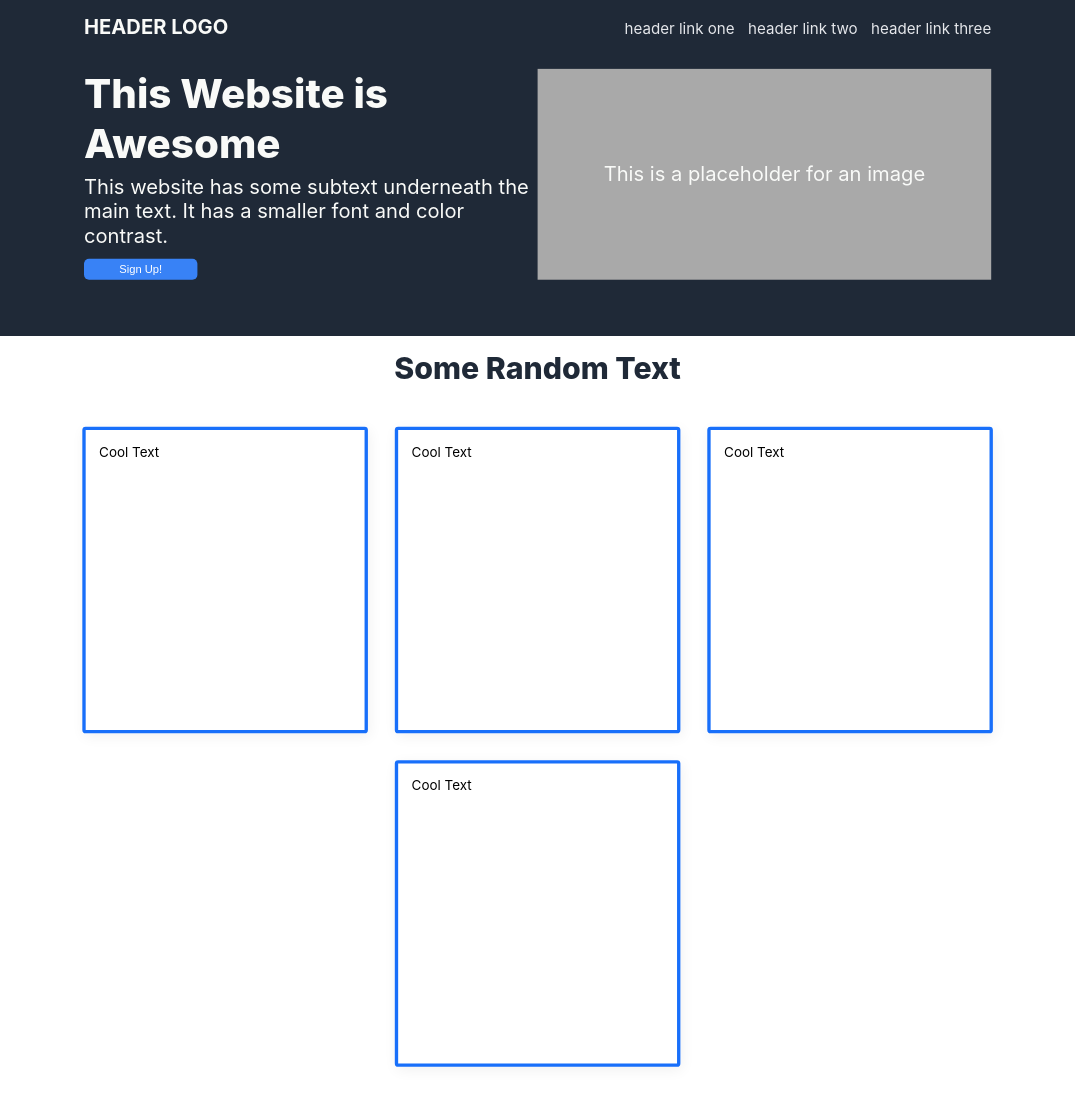
Repository: bbrockbrown/landing-page
Page: index.html
An editor plug-in stored every save of this project. The page is shown before and after the next save, followed by the edit.
The browser window is 1280 px wide. The pictures show the whole page, at 84% of full size.

Above is the page before, as saved 2024-07-24 15:43:08.

After the next save:
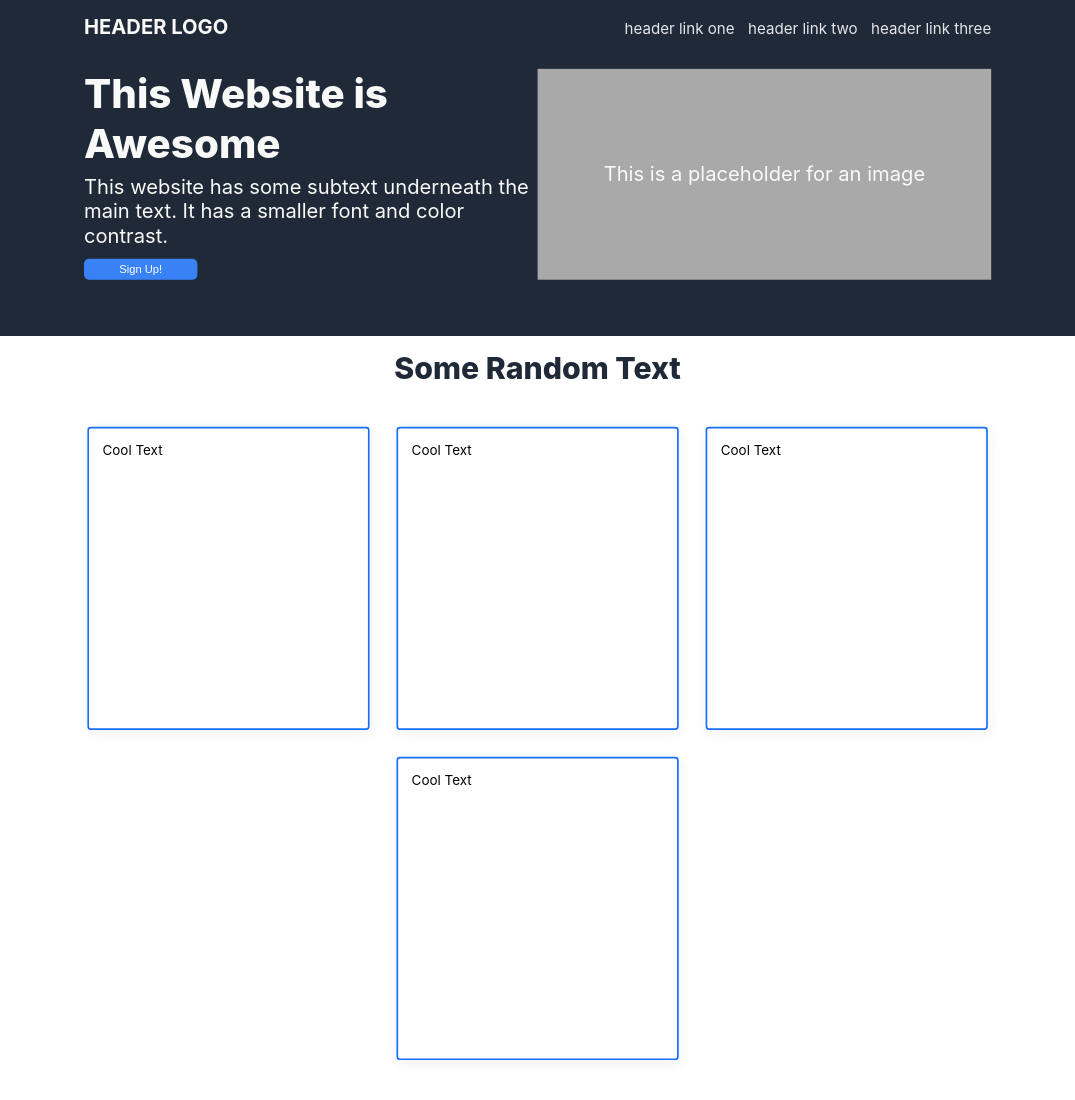
Saved 4 s later.
--- a/styles.css
+++ b/styles.css
@@ -100,7 +100,7 @@ a {
 
 
 .box {
-    border: 4px solid  #186ffa;
+    border: 2px solid  #186ffa;
     box-shadow: 2px 4px 16px rgba(0,0,0,.06);
     border-radius: 4px;
     padding: 16px;
